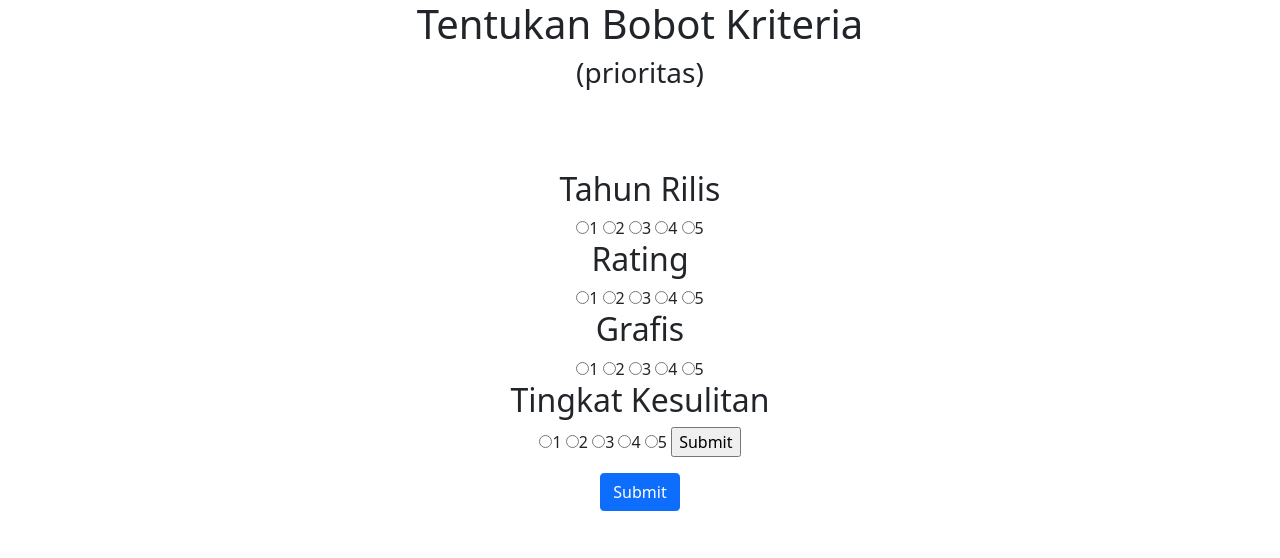
Repository: aqordeon/SPKWP
Page: http://localhost/hitungKriteria.php
The author's editor kept a copy of each file at every save. The page is drawn from the files as they stood at one save, then again after the next save.
The browser window is 1280 px wide. The pictures show the whole page.
The page is run by PHP 8.4 with error messages shown; the project is at /var/www/html/. Queries for data that is not in the repository find no rows.

Above is the page before, as saved 2021-01-01 23:54:04.

After the next save:
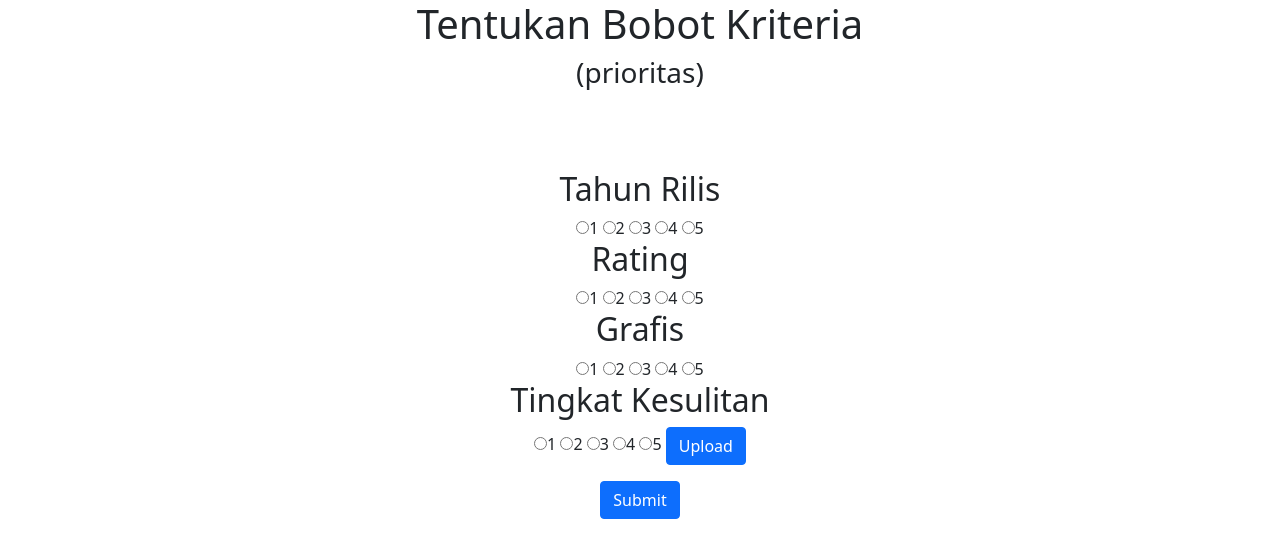
Saved 77 s later.
--- a/hitungKriteria.php
+++ b/hitungKriteria.php
@@ -58,7 +58,7 @@
                     <input type="radio" id="optradio_tingkatkesulitan4" name="radio_tingkatkesulitan" value="4"><label for="optradio_tingkatkesulitan4">4</label>
                     <input type="radio" id="optradio_tingkatkesulitan5" name="radio_tingkatkesulitan" value="5"><label for="optradio_tingkatkesulitan5">5</label>
 
-                    <input type="submit">
+                    <input type='submit' class="btn btn-primary" value='Upload' name='but_upload'>
                 </form>
             </div>
 
@@ -67,7 +67,7 @@
     </center>
 
     <?php
-        if($_SERVER["REQUEST_METHOD"] == "POST"){
+        if(isset($_POST["but_upload"])){
 
             $_SESSION["bobotkriteria_tahunrilis"] = "444";
                     echo "<meta content='4;url=hitung_vektor.php'>";
